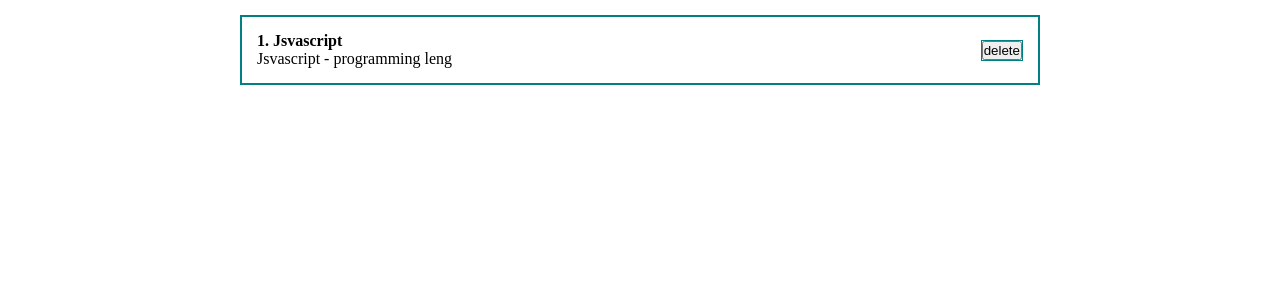
Repository: tsydikov/reactTodo
Page: /
The author's editor kept a copy of each file at every save. The page is drawn from the files as they stood at one save, then again after the next save.
The browser window is 1280 px wide. The pictures show the whole page.
The project was rebuilt for these pictures with package versions that can differ from the ones it lists, and the page was loaded fresh each time.

Above is the page before, as saved 2021-08-29 11:57:20.

### public/index.html
<!DOCTYPE html>
<html lang="en">
  <head>
    <meta name="viewport" content="width=device-width, initial-scale=1" />
    <title>React App</title>
  </head>
  <body>
    <noscript>You need to enable JavaScript to run this app.</noscript>
    <div id="root"></div>
  </body>
</html>

### src/App.js
import React from 'react'
import PostItem from './components/PostItem'
import './styles/App.css'

function App() {
  return (
    <div className="App">
      <PostItem />
    </div>
  );
}

export default App;

### src/components/PostItem.jsx
import React from "react";

const PostItem = () => {
    return (
        <div className="post">
            <div className="post__content">
                <strong>1. Jsvascript</strong>
                <div>
                    Jsvascript - programming leng
                </div>
            </div>
            <div className="post__btn">
                <button outlined >delete</button>
            </div>
      </div>
    )
}

export default PostItem;

### src/styles/App.css
* {
    margin: 0;
    padding: 0;
    box-sizing: border-box;
}

#root {
    display: flex;
    justify-content: center;
}

.App {
    width: 800px;
}

.post {
    display: flex;
    padding: 15px;
    border: 2px solid teal;
    margin-top: 15px;
    justify-content: space-between;
    align-items: center;
}

.post__btn {
    color: teal;
    background: transparent;
    border: 1px solid teal;
}

Loaded but not shown: src/index.js (common file)

After the next save:
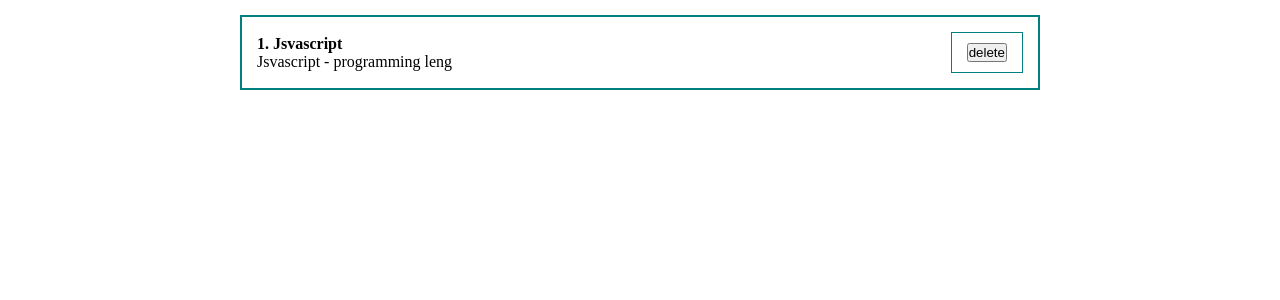
Saved 68 s later.
--- a/src/styles/App.css
+++ b/src/styles/App.css
@@ -23,6 +23,7 @@
 }
 
 .post__btn {
+    padding: 10px 15px;
     color: teal;
     background: transparent;
     border: 1px solid teal;

After the 2 saves that followed:
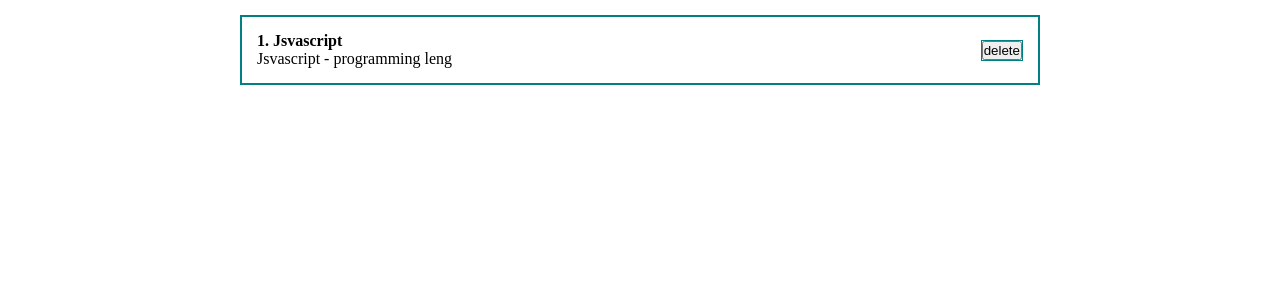
The 2 saves are shown as one change because 1 left the picture as it was.
The last was saved 45 s later.
--- a/src/styles/App.css
+++ b/src/styles/App.css
@@ -23,7 +23,7 @@
 }
 
 .post__btn {
-    padding: 10px 15px;
+    cursor: pointer;
     color: teal;
     background: transparent;
     border: 1px solid teal;
